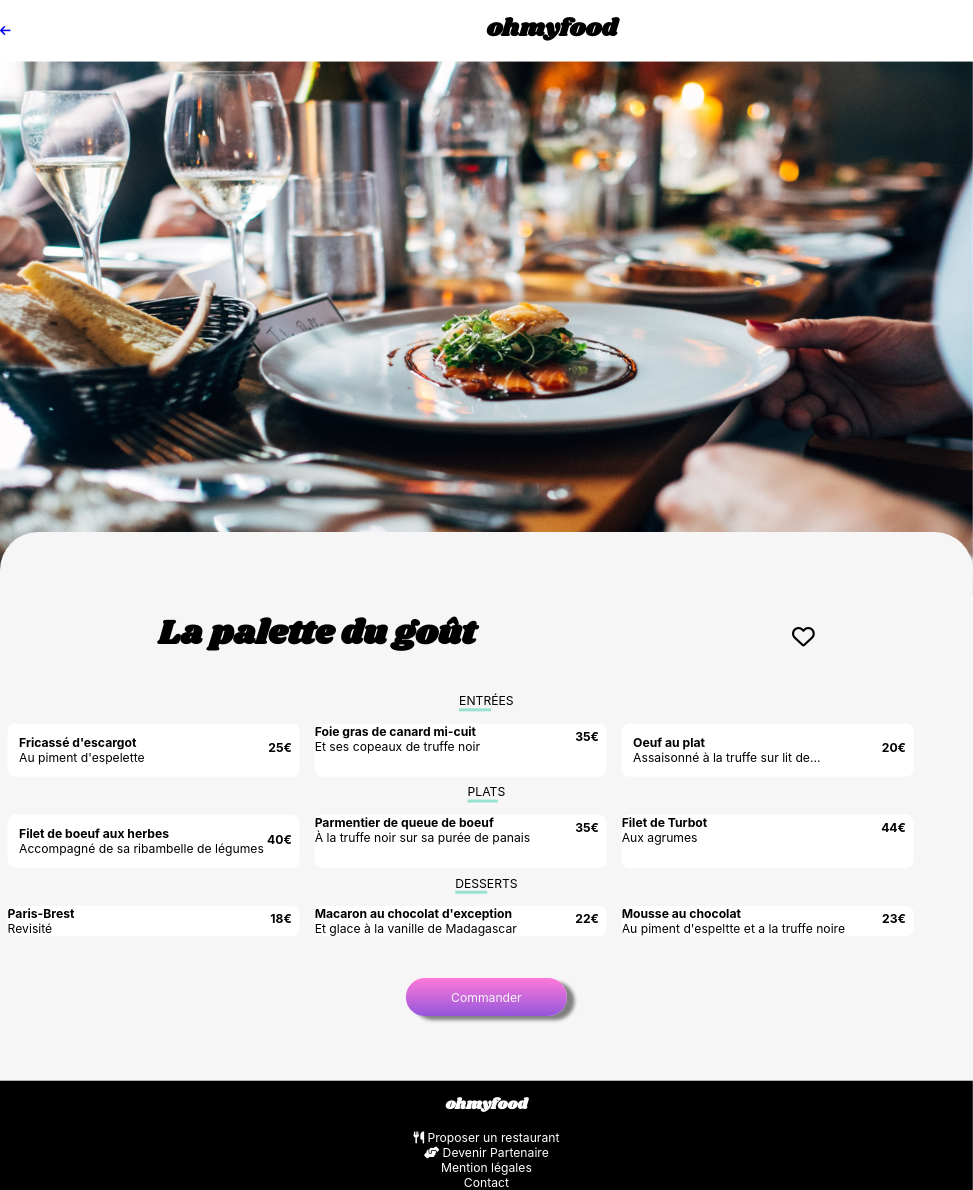
Repository: yacinebouk/ohmyfood
Page: palette.html
An editor plug-in stored every save of this project. The page is shown before and after a run of saves, followed by the edit.
The browser window is 1280 px wide. The pictures show the whole page, at 76% of full size.
Some web libraries are served in a nearby version. The style sheet was rebuilt from its Sass, Less or Tailwind sources for each picture, by a compiler version that may differ from the author's.

Above is the page before, as saved 2022-06-27 16:31:16.

After the next 2 saves:
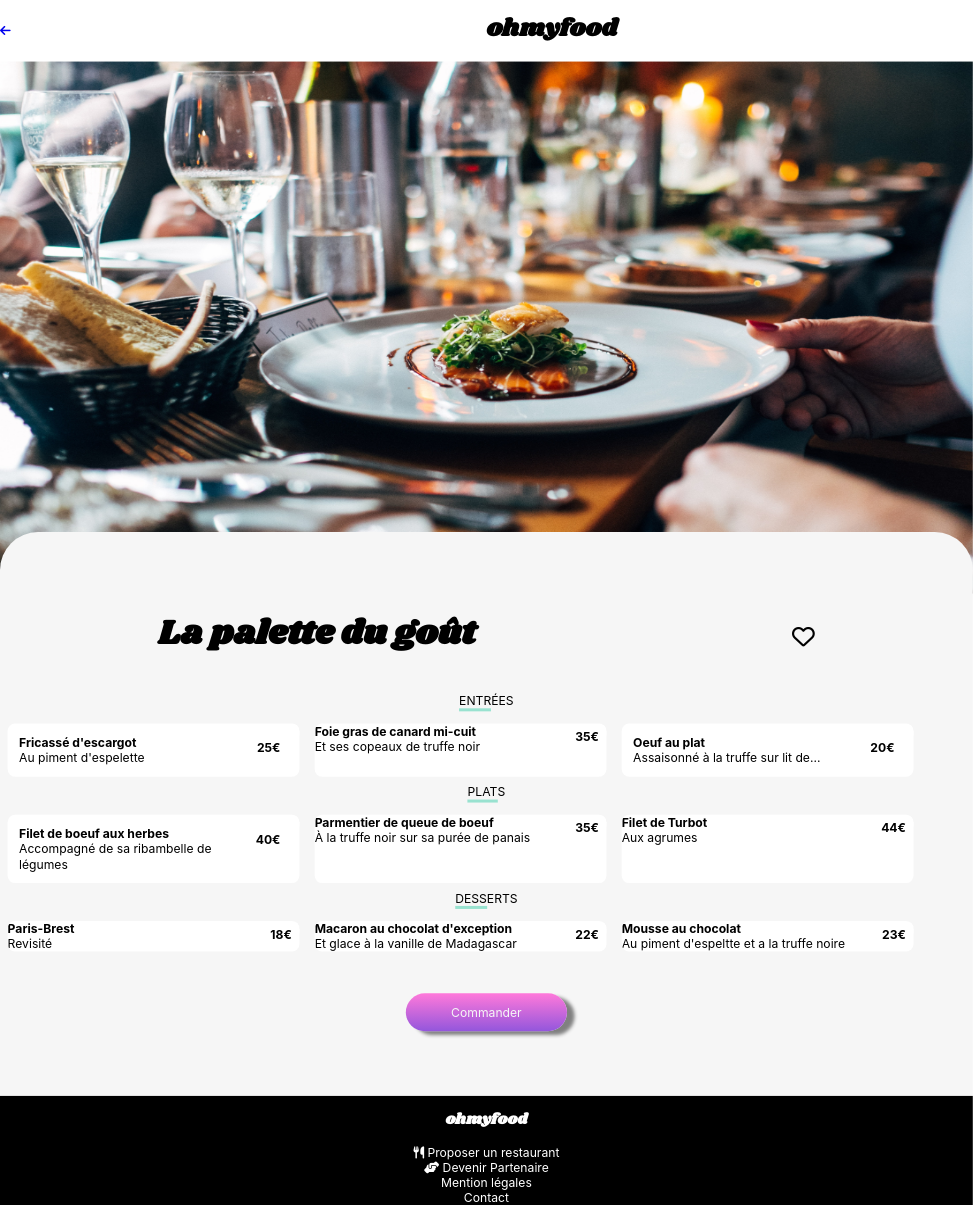
The 2 saves are shown as one change because they came seconds apart.
The last was saved 49 s later.
--- a/style/francaise.scss
+++ b/style/francaise.scss
@@ -152,7 +152,7 @@
      .pd-15 {
          display: flex;
          width: 100%;
-         padding: 15px 0px 15px 15px;
+         padding: 15px;
      }
 
      .border:hover .icon-slide {

After the save that followed:
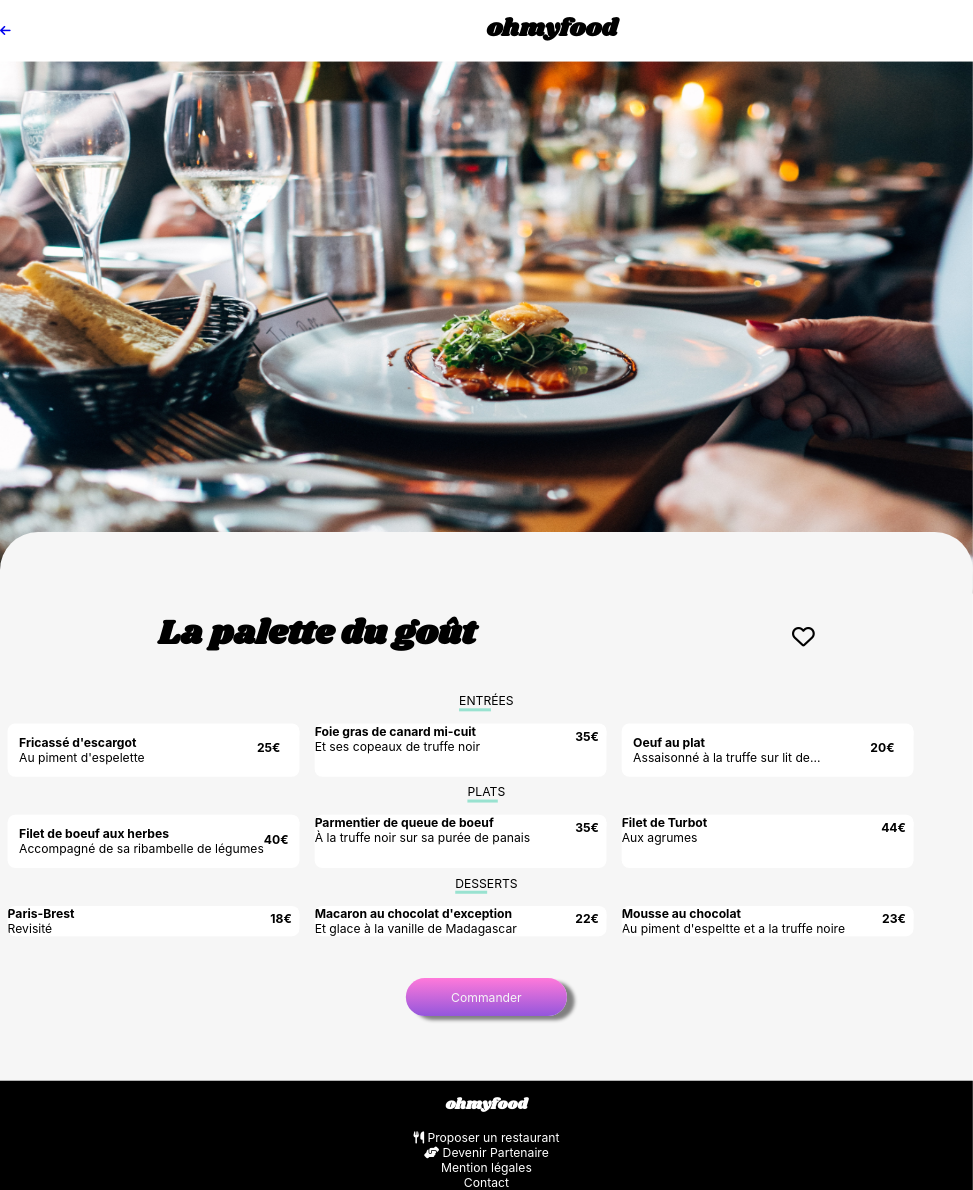
Saved 2 min 50 s later.
--- a/style/francaise.scss
+++ b/style/francaise.scss
@@ -167,6 +167,9 @@
 
      .text {
          width: 100%;
+         white-space: nowrap;
+         overflow: hidden;
+         text-overflow: ellipsis;
      }
 
      .icon-slide {
